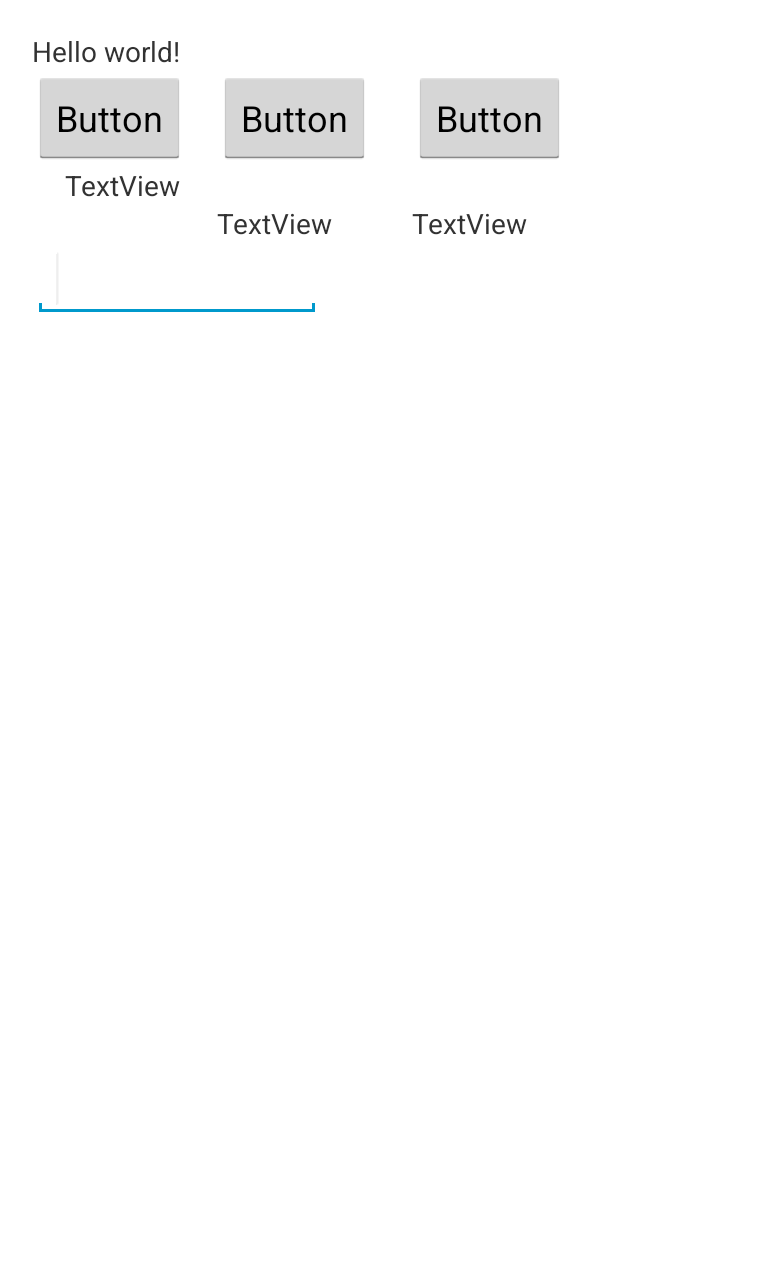
Repository: lukaszgor/mobilki
Layout: LAB6/To nieważne/Cw 6 przykład 2/Cw6zad2/res/layout/activity_main.xml
An editor plug-in stored every save of this project. The layout is shown before and after the next save, followed by the edit.
It is drawn on a 768 x 1280 px phone screen (xhdpi) without system bars, with theme AppTheme; the app's code is not run.

Above is the layout before, as saved 2020-05-28 16:55:38.

### LAB6/To nieważne/Cw 6 przykład 2/Cw6zad2/res/layout/activity_main.xml
<RelativeLayout xmlns:android="http://schemas.android.com/apk/res/android"
    xmlns:tools="http://schemas.android.com/tools"
    android:layout_width="match_parent"
    android:layout_height="match_parent"
    android:paddingBottom="@dimen/activity_vertical_margin"
    android:paddingLeft="@dimen/activity_horizontal_margin"
    android:paddingRight="@dimen/activity_horizontal_margin"
    android:paddingTop="@dimen/activity_vertical_margin"
    tools:context="com.example.cw6zad2.MainActivity" >

    <TextView
        android:id="@+id/textView1"
        android:layout_width="wrap_content"
        android:layout_height="wrap_content"
        android:text="@string/hello_world" />

    <Button
        android:id="@+id/button1"
        android:layout_width="wrap_content"
        android:layout_height="wrap_content"
        android:layout_alignLeft="@+id/textView1"
        android:layout_below="@+id/textView1"
        android:text="Button" />

    <Button
        android:id="@+id/button3"
        android:layout_width="wrap_content"
        android:layout_height="wrap_content"
        android:layout_alignBaseline="@+id/button2"
        android:layout_alignBottom="@+id/button2"
        android:layout_marginLeft="20dp"
        android:layout_toRightOf="@+id/button2"
        android:text="Button" />

    <Button
        android:id="@+id/button2"
        android:layout_width="wrap_content"
        android:layout_height="wrap_content"
        android:layout_alignBaseline="@+id/button1"
        android:layout_alignBottom="@+id/button1"
        android:layout_marginLeft="15dp"
        android:layout_toRightOf="@+id/button1"
        android:text="Button" />

    <EditText
        android:id="@+id/editText1"
        android:layout_width="wrap_content"
        android:layout_height="wrap_content"
        android:layout_alignRight="@+id/button2"
        android:layout_below="@+id/button1"
        android:layout_marginRight="25dp"
        android:layout_marginTop="37dp"
        android:ems="10" >

        <requestFocus />
    </EditText>

    <TextView
        android:id="@+id/textView2"
        android:layout_width="wrap_content"
        android:layout_height="wrap_content"
        android:layout_alignRight="@+id/textView1"
        android:layout_below="@+id/button1"
        android:text="TextView" />

    <TextView
        android:id="@+id/textView3"
        android:layout_width="wrap_content"
        android:layout_height="wrap_content"
        android:layout_alignLeft="@+id/button2"
        android:layout_below="@+id/textView2"
        android:text="TextView" />

    <TextView
        android:id="@+id/textView4"
        android:layout_width="wrap_content"
        android:layout_height="wrap_content"
        android:layout_alignLeft="@+id/button3"
        android:layout_below="@+id/textView2"
        android:text="TextView" />

</RelativeLayout>

### LAB6/To nieważne/Cw 6 przykład 2/Cw6zad2/res/values/strings.xml
<?xml version="1.0" encoding="utf-8"?>
<resources>

    <string name="app_name">Cw6zad2</string>
    <string name="hello_world">Hello world!</string>
    <string name="action_settings">Settings</string>

</resources>

Loaded but not shown: LAB6/To nieważne/Cw 6 przykład 2/Cw6zad2/res/values/styles.xml (common file); LAB6/To nieważne/Cw 6 przykład 2/Cw6zad2/res/values-v11/styles.xml (common file); LAB6/To nieważne/Cw 6 przykład 2/Cw6zad2/res/values-v14/styles.xml (common file); LAB6/To nieważne/Cw 6 przykład 2/Cw6zad2/res/values/dimens.xml (common file); LAB6/To nieważne/Cw 6 przykład 2/Cw6zad2/res/values-w820dp/dimens.xml (common file)

After the next save:
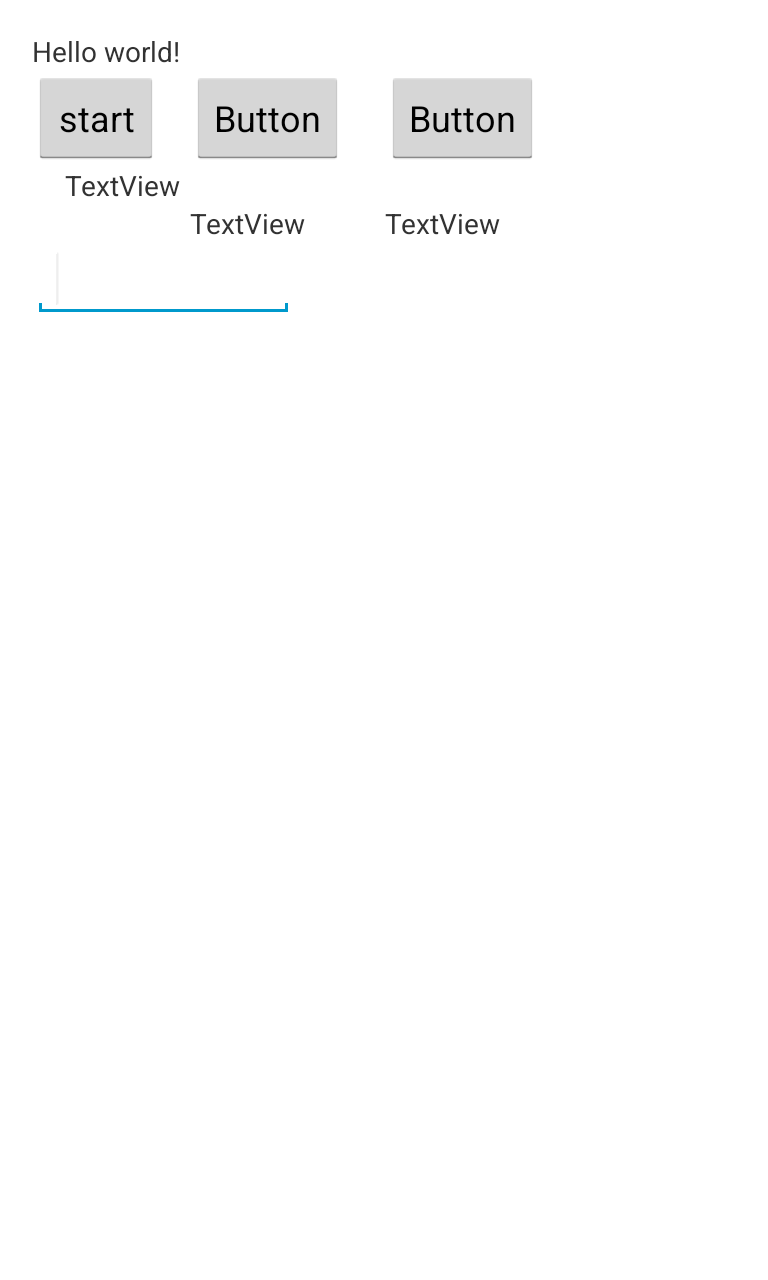
Saved 59 s later.
--- a/LAB6/To nieważne/Cw 6 przykład 2/Cw6zad2/res/layout/activity_main.xml
+++ b/LAB6/To nieważne/Cw 6 przykład 2/Cw6zad2/res/layout/activity_main.xml
@@ -20,7 +20,7 @@
         android:layout_height="wrap_content"
         android:layout_alignLeft="@+id/textView1"
         android:layout_below="@+id/textView1"
-        android:text="Button" />
+        android:text="start" />
 
     <Button
         android:id="@+id/button3"
